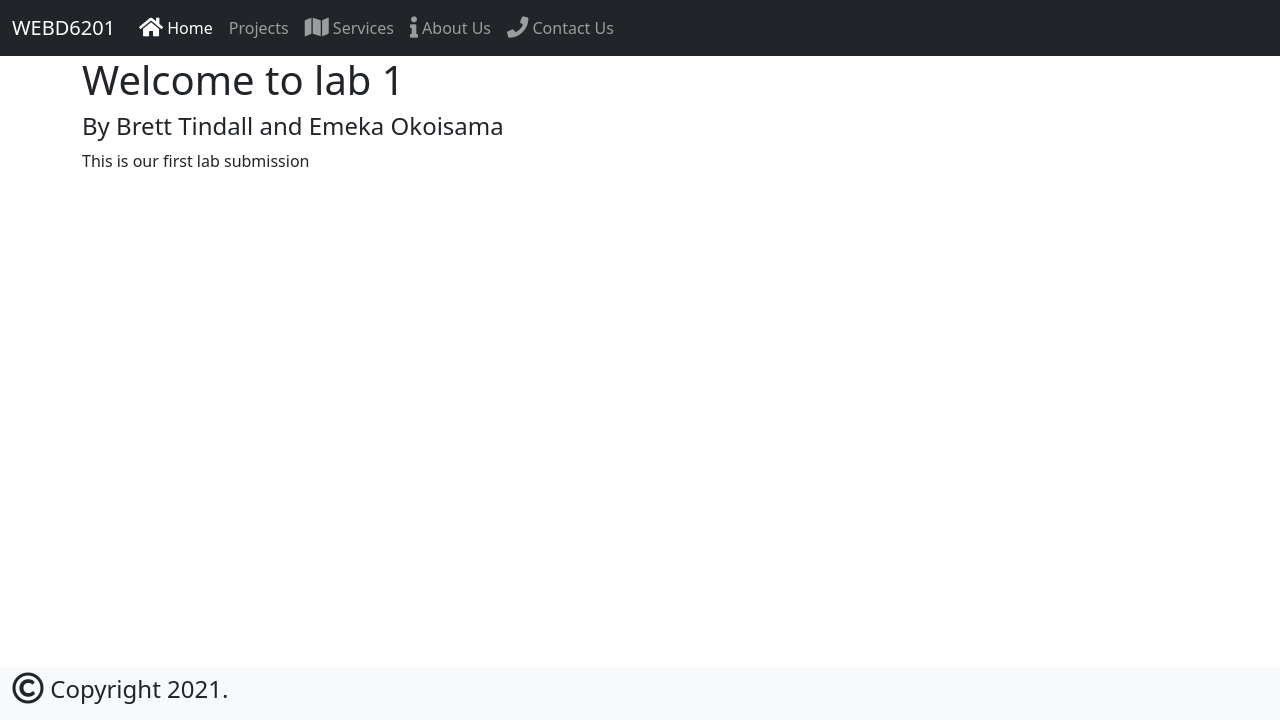
Repository: Sub4Sub/Lab_1
Page: index.html
These files come from the project's save history. The page is drawn as it stood at one moment and after the next save; the edit follows.
The browser window is 1280 px wide. The pictures show the whole page.

Above is the page before, as saved 2021-02-05 02:23:20.

After the next save:
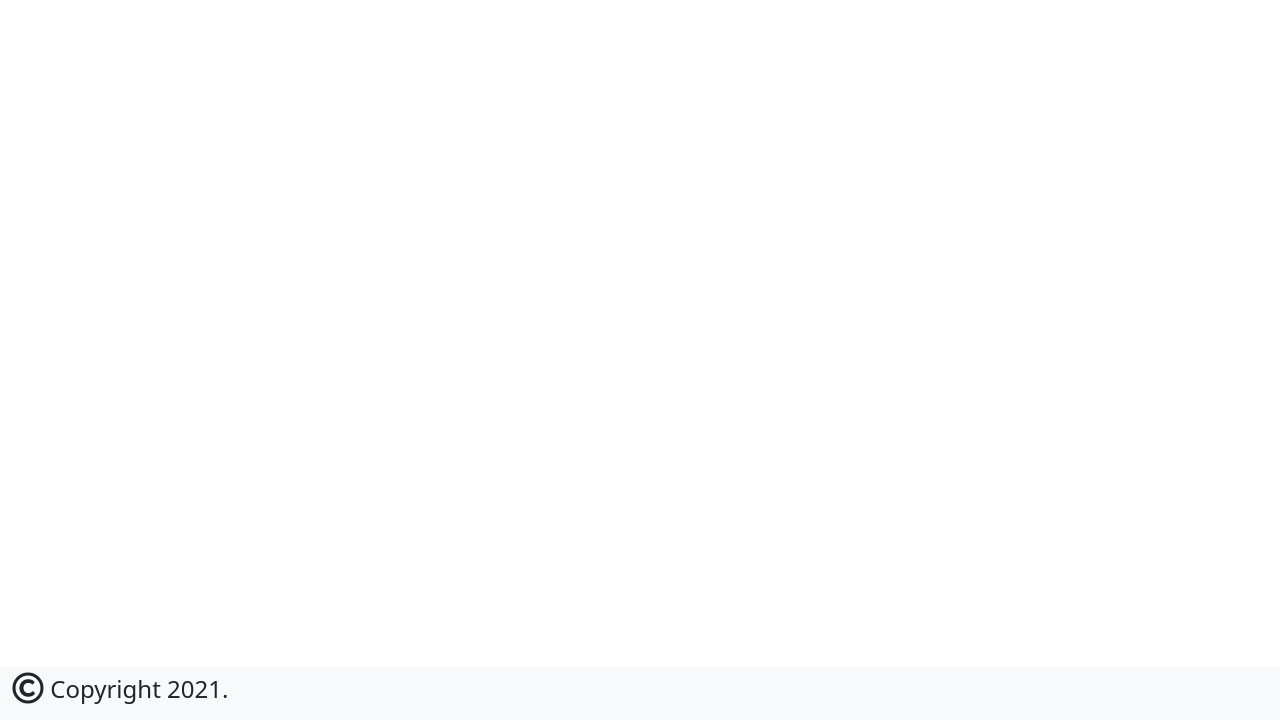
Console error: TypeError: Cannot set properties of null (setting 'textContent')
Saved 10 s later.
--- a/index.html
+++ b/index.html
@@ -11,40 +11,7 @@
 </head>
 <body>
     <!-- Main Header -->
-    <header>
-        <!-- Main Navigation -->
-        <nav class="navbar navbar-expand-lg navbar-dark bg-dark">
-            <div class="container-fluid">
-              <a class="navbar-brand" href="index.html">WEBD6201</a>
-              <button class="navbar-toggler" type="button" data-bs-toggle="collapse" data-bs-target="#navbarSupportedContent" aria-controls="navbarSupportedContent" aria-expanded="false" aria-label="Toggle navigation">
-                <span class="navbar-toggler-icon"></span>
-              </button>
-              <div class="collapse navbar-collapse" id="navbarSupportedContent">
-                <ul class="navbar-nav me-auto mb-2 mb-lg-0">
-                  <li class="nav-item">
-                    <a class="nav-link active" aria-current="page" href="index.html"><i class="fas fa-home fa-lg"></i> Home</a>
-                  </li>
 
-                  <li class="nav-item">
-                    <a class="nav-link" id="productsLink" aria-current="page" href="products.html"><i class="fas fa-cog fa-lg"></i> Products</a>
-                  </li>
-
-                  <li class="nav-item">
-                    <a class="nav-link" aria-current="page" href="services.html"><i class="fas fa-map fa-lg"></i> Services</a>
-                  </li>
-
-                  <li class="nav-item">
-                    <a class="nav-link" aria-current="page" href="about.html"><i class="fas fa-info fa-lg"></i> About Us</a>
-                  </li>
-
-                  <li class="nav-item">
-                    <a class="nav-link" aria-current="page" href="contact.html"><i class="fas fa-phone fa-lg"></i> Contact Us</a>
-                  </li>
-                </ul>
-              </div>
-            </div>
-          </nav>
-    </header>
 
     <!-- Main Content -->
     <main class="container">

After the 5 saves that followed:
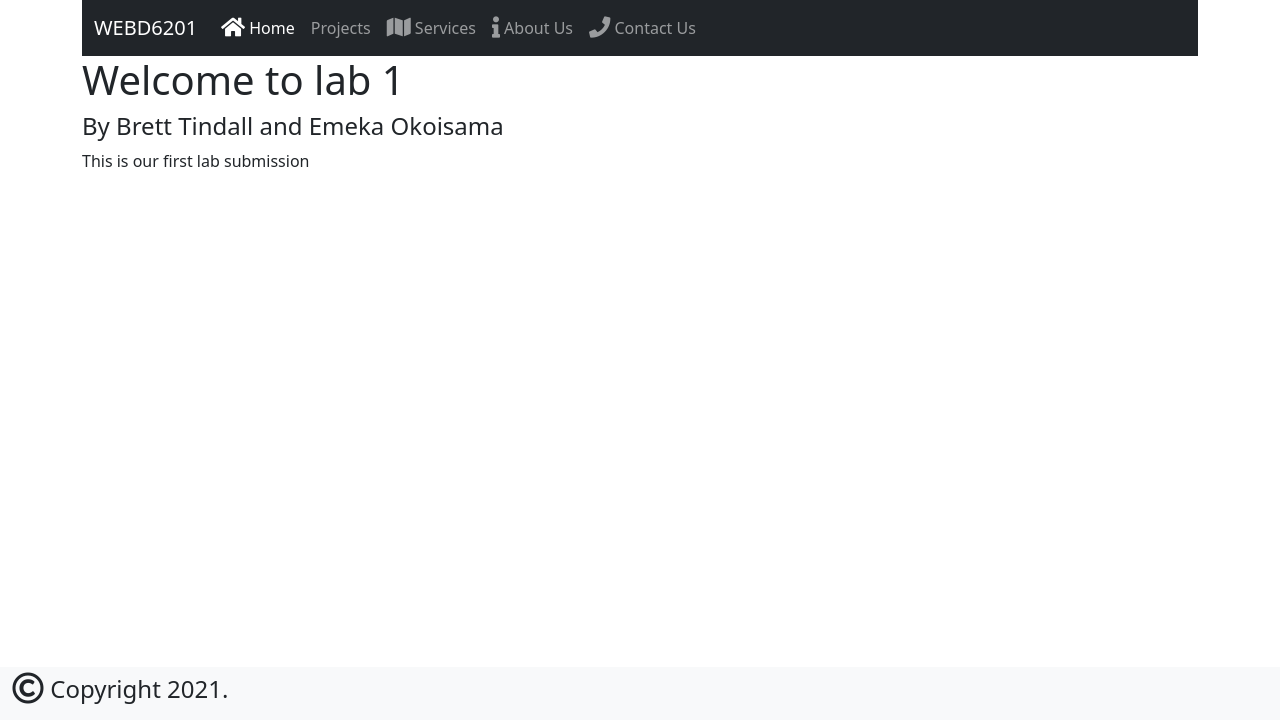
The error is gone.
The 5 saves are shown as one change because 4 left the picture as it was.
The last was saved 2 min 28 s later.
--- a/Scripts/app.js
+++ b/Scripts/app.js
@@ -82,9 +82,9 @@
     function displayHeader()
     {
 
+      let mainContent = document.querySelector("main");
+
       let newHeaderTag = document.createElement("header");
-
-      newHeaderTag.setAttribute("id", "newHeaderTag");
 
       newHeaderTag.innerHTML =
       `
@@ -123,7 +123,7 @@
         </nav>
   </header>
       `
-
+      mainContent.append(newHeaderTag);
 
     }
 
@@ -173,9 +173,13 @@
     {
         console.log("App Started...");
 
+        displayHeader();
+
         let productsButton = document.getElementById("productsLink");
 
         productsButton.textContent = "Projects";
+
+
 
         switch (document.title)
         {
